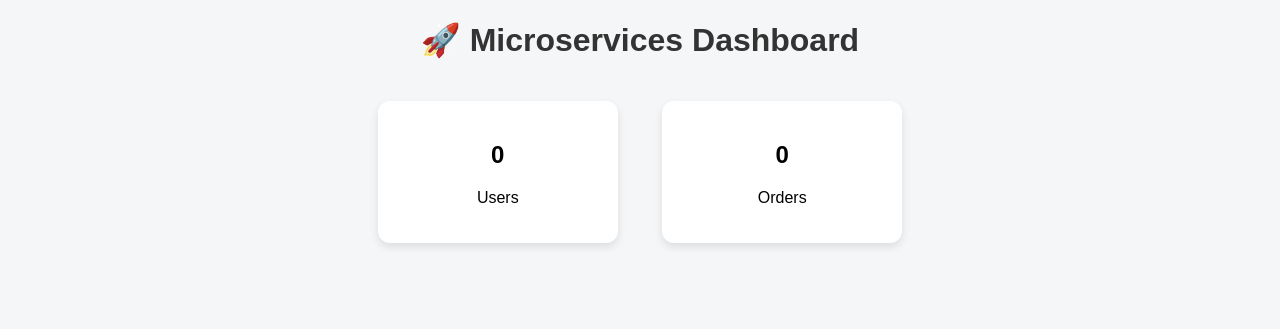
Repository: rajesh20032003/devops-1
Page: frontend/index.html
The author's editor kept a copy of each file at every save. The page is drawn from the files as they stood at one save, then again after the next save.
The browser window is 1280 px wide. The pictures show the whole page.
The page's requests for data from a server got no answer.

Above is the page before, as saved 2026-02-23 17:21:51.

After the next save:
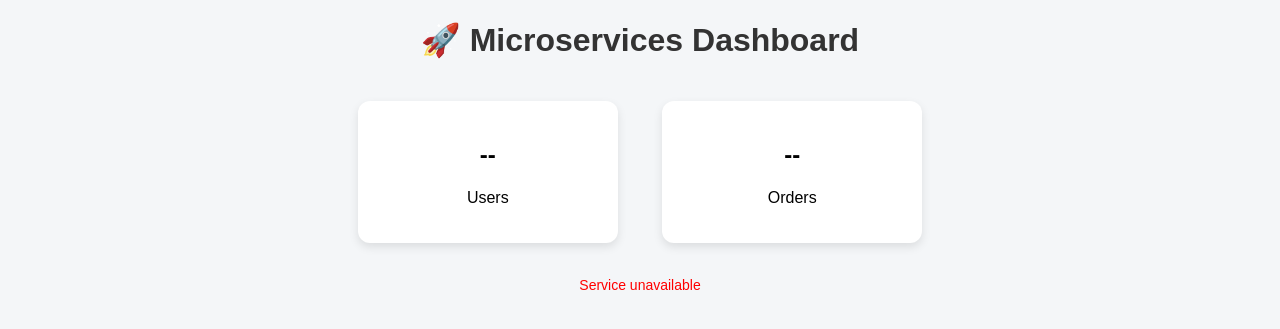
Saved 2 min 2 s later.
--- a/frontend/index.html
+++ b/frontend/index.html
@@ -8,16 +8,29 @@
       background: #f4f6f8;
       text-align: center;
     }
+
     .card {
       display: inline-block;
       margin: 20px;
       padding: 20px;
-      width: 200px;
+      width: 220px;
       background: white;
       border-radius: 12px;
-      box-shadow: 0 4px 8px rgba(0,0,0,0.1);
+      box-shadow: 0 4px 10px rgba(0,0,0,0.1);
     }
+
     h1 { color: #333; }
+
+    .loading {
+      color: #888;
+      font-size: 14px;
+    }
+
+    .updated {
+      margin-top: 15px;
+      color: #777;
+      font-size: 13px;
+    }
   </style>
 </head>
 <body>
@@ -25,24 +38,47 @@
 <h1>🚀 Microservices Dashboard</h1>
 
 <div class="card">
-  <h2 id="users">0</h2>
+  <h2 id="users">--</h2>
   <p>Users</p>
 </div>
 
 <div class="card">
-  <h2 id="orders">0</h2>
+  <h2 id="orders">--</h2>
   <p>Orders</p>
 </div>
 
+<p class="loading" id="status">Loading...</p>
+<p class="updated" id="updated"></p>
+
 <script>
-async function loadData(){
-  const res = await fetch("http://localhost:3000/api/dashboard");
-  const data = await res.json();
+async function loadData() {
+  const status = document.getElementById("status");
 
-  document.getElementById("users").innerText = data.userCount;
-  document.getElementById("orders").innerText = data.orderCount;
+  try {
+    status.innerText = "Updating...";
+    const res = await fetch("http://localhost:3000/api/dashboard");
+    const data = await res.json();
+
+    document.getElementById("users").innerText = data.userCount;
+    document.getElementById("orders").innerText = data.orderCount;
+
+    document.getElementById("updated").innerText =
+      "Last updated: " + new Date().toLocaleTimeString();
+
+    status.innerText = "Live";
+    status.style.color = "green";
+
+  } catch (err) {
+    status.innerText = "Service unavailable";
+    status.style.color = "red";
+  }
 }
+
+// initial load
 loadData();
+
+// refresh every 5 seconds
+setInterval(loadData, 5000);
 </script>
 
 </body>
